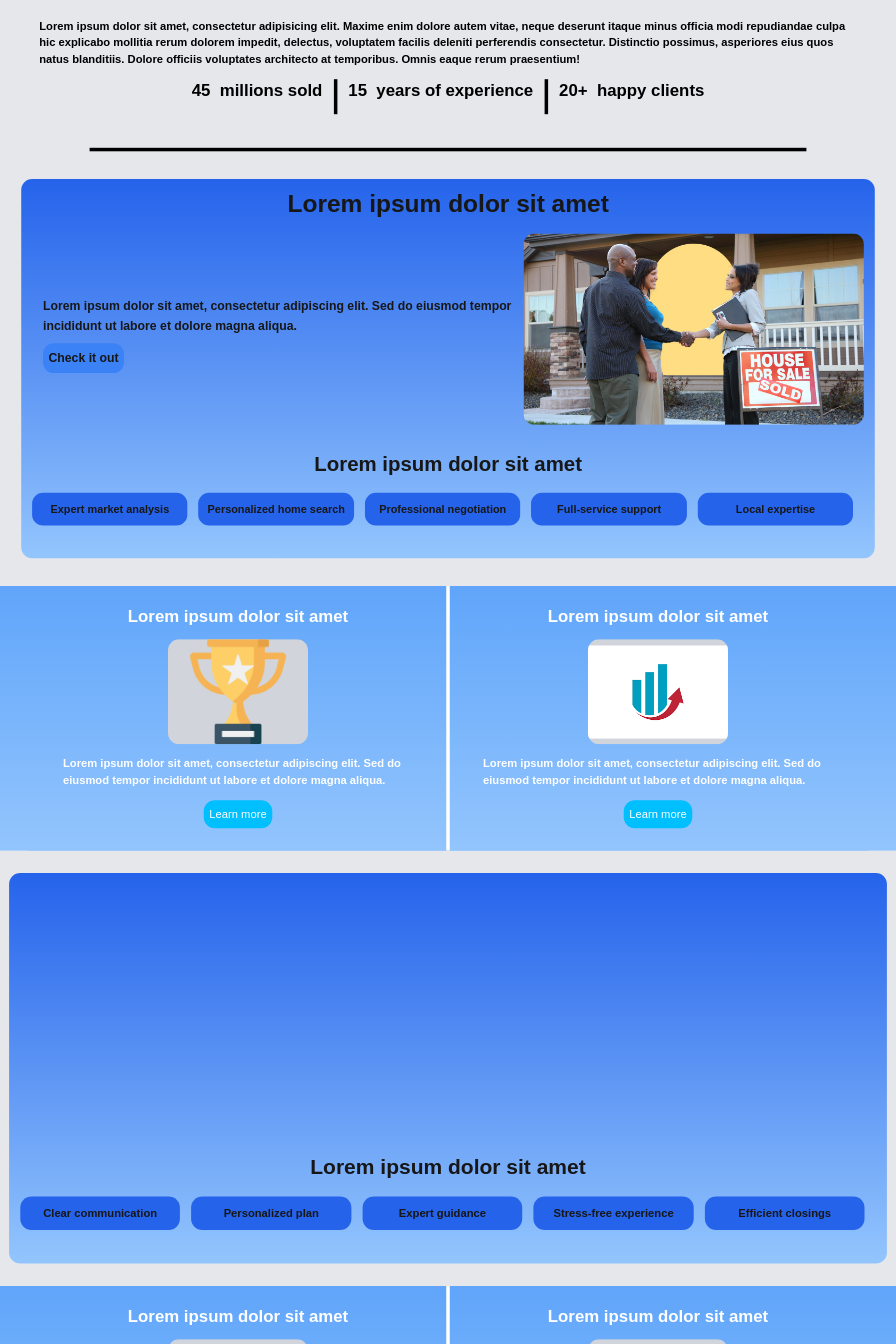
Repository: TMuse333/single-page-real-estate
Page: / (app in frontend/)
An editor plug-in stored every save of this project. The page is shown before and after the next save, followed by the edit.
The browser window is 1280 px wide. The pictures show the part of the page from y = 763 to 2683 px (the page is 6391 px tall before and 5392 px after), at 70% of full size.
The project was rebuilt for these pictures with package versions that can differ from the ones it lists, and the page was loaded fresh each time. The framework's server and built-in components were replaced by stand-ins that run in the browser. Also part of the build but not shown: frontend/next.config.mjs.

Above is the page before, as saved 2024-12-05 15:53:57.

After the next save:
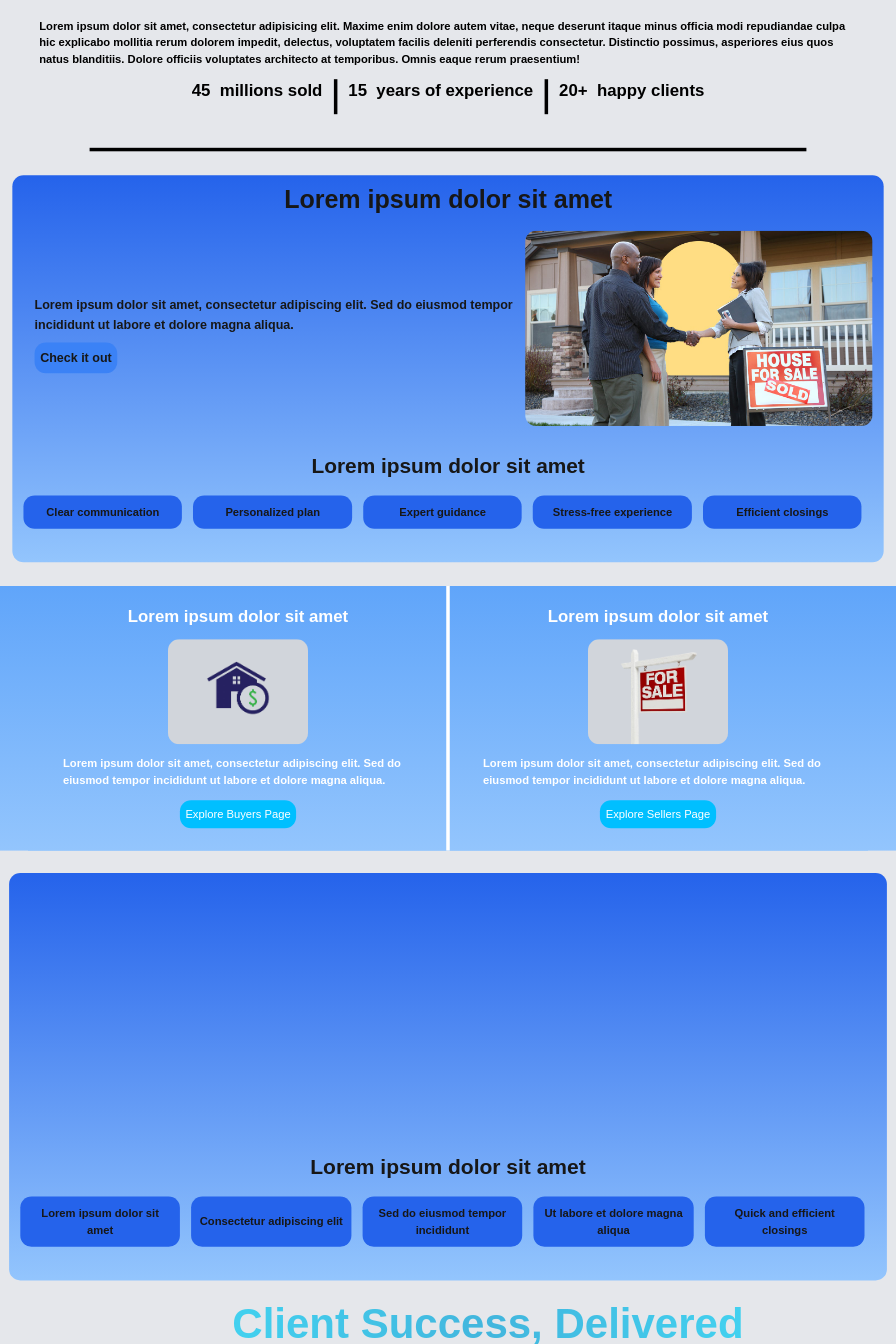
Saved 9 s later.
--- a/frontend/src/app/page.tsx
+++ b/frontend/src/app/page.tsx
@@ -32,13 +32,13 @@ export default function Home() {
     number2="15.5"
     number3="20"/>
 
-<ExperienceCard
+{/* <ExperienceCard
     {...experienceCard2}
     />
 
     <DisplayBoxes
     data={displayBox1}
-    />
+    /> */}
 
 
 
